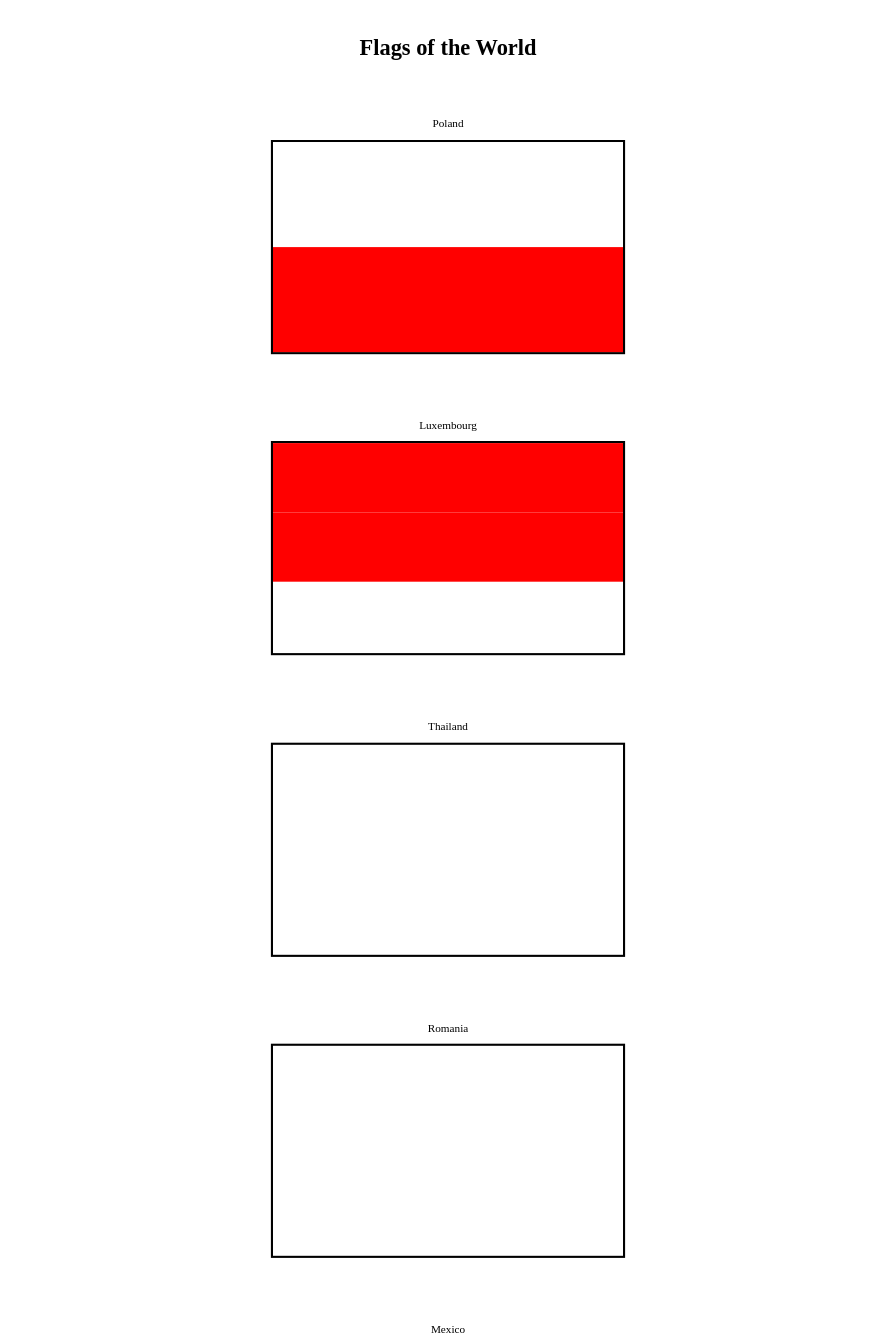
Repository: fullstack-decal-fa22/hw2-jiachenofsun
Page: index.html
These files come from the project's save history. The page is drawn as it stood at one moment and after the next save; the edit follows.
The browser window is 1280 px wide. The pictures show the part of the page from y = 0 to 1920 px (the page is 5389 px tall), at 70% of full size.

Above is the page before, as saved 2022-09-25 15:18:11.

### index.html
<!DOCTYPE html>
<head>
  <head>
    <link rel="stylesheet" href="styles.css">
  </head>

  <h1 id="intro">Flags of the World</h1>

  <br>

  <!--
    Some flags already have some CSS elements added in
    You are expected to finish the rest.
  -->

  <div class="flags">
    <h2 class="label">Poland</h2>
    <div class="flag">
      <div class="white twovert"></div>
      <div class="red twovert"></div>
    </div>

    <h2 class="label">Luxembourg</h2>
    <div class="flag">
      <div class="red threevert"></div>
      <div class="red threevert" id="white"></div>
      <div class="light-blue threevert"></div>
    </div>

    <h2 class="label">Thailand</h2>
    <div class="flag">
      <div class="thailand-red"></div>
      <div class="thailand-white"></div>
      <div class="thailand-blue"></div>
      <div class="thailand-white"></div>
      <div class="thailand-red"></div>
    </div>

    <h2 class="label">Romania</h2>
    <div class="flag" style="">
      <!-- insert flag here -->
    </div>

    <h2 class="label">Mexico</h2>
    <div class="flag">
      <!-- insert flag here -->
    </div>

    <h2>Margin</h2>
    <div class="margin-container">
      <div class="flag"></div>
      <div class="flag"></div>
    </div>

    <h2>Padding</h2>
    <div class="flag black">
      <div class="flag padding-container"></div>
    </div>

    <h3>Challenge (These are optional)</h3>

    <h2>Greece</h2>
    <div class="flag">
      <!-- insert flag here -->
    </div>

    <h2>South Africa</h2>
    <div class="flag">
      <!-- insert flag here -->
    </div>

    <h2>Seychelis</h2>
    <div class="flag">
      <!-- insert flag here -->
    </div>

    <h2>North Macedonia</h2>
    <div class="flag">
      <!-- insert flag here -->
    </div>

    <h2>Finland</h2>
    <div class="flag">
      <!-- insert flag here -->
    </div>
  </div>

### styles.css
/* BEGIN SETUP (you will not need to use these) */
#intro {
  color: rgb(0, 0, 0);
  text-align: center;
  margin: 50px;
}

.flags {
  display: flex;
  flex-direction: column;
  align-items: center;
}

h2 {
  font-size: medium;
  font-weight: 200;
}

/* END SETUP */

/* Classes that you might find useful */
/* You may also have to implement your own classes */

.flag {
  height: 300px;
  width: 500px;
  border-style: solid;
  margin-bottom: 5rem;
}

.twovert {
  height: 50%;
}

.threevert {
  height: 33%;
}

.threehoriz {
  width: 33.3%;
}

.narrow {
  height: 17.5%;
}

.wide {
  height: 30%;
}

.circle {
  border-radius: 50%;
  height: 200px;
  width: 200px;
  position: relative;
  left: 85px;
  top: 50px;
}

/* Colors */

/* QUESTION 1 */

.orange {
  background-color: orange;
}

.yellow {
  background-color: yellow;
}

.green {
  background-color: green;
}

.blue {
  background-color: blue;
}

.lightblue {
  background-color: lightblue;
}

.purple {
  background-color: purple;
}

.white {
  background-color: #fff;
}

.black {
  background-color: #000;
}

.white {
  background-color: white;
}

.red {
  background-color: red;
}

/* BEGIN QUESTION 2 */

.thailand-red {
  /* TODO */
}

.thailand-white {
  /* TODO */
}

.thailand-blue {
  /* TODO */
}

/* END QUESTION 2 */

/* BEGIN QUESTION 3 */

.romania-blue {
  background-color: #002c84;
}

.romania-yellow {
  background-color: #ffcf00;
}

.romania-red {
  background-color: #e10017;
}

/* END QUESTION 3 */

/* QUESTION 4 */
.mexico-green {
  background-color: #006341;
}

.mexico-img {
  /* TODO */
}

.mexico-red {
  background-color: #ce1126;
}

/* QUESTION 6 */
.margin-container {
  height: 300px;
  width: 1030px;
  border-style: solid;
  margin-bottom: 5rem;
  display: flex;
  justify-content: center;
}

/* For margin practice */
.flag1 {
  background-color: red;
  /* TODO */
}

.flag2 {
  background-color: blue;
  /* TODO */
}

/* For padding practice */
.padding-container {
  box-sizing: border-box;
  background-color: lightblue;
  background-clip: content-box, padding-box;
  /* TODO */
}

After the next save:
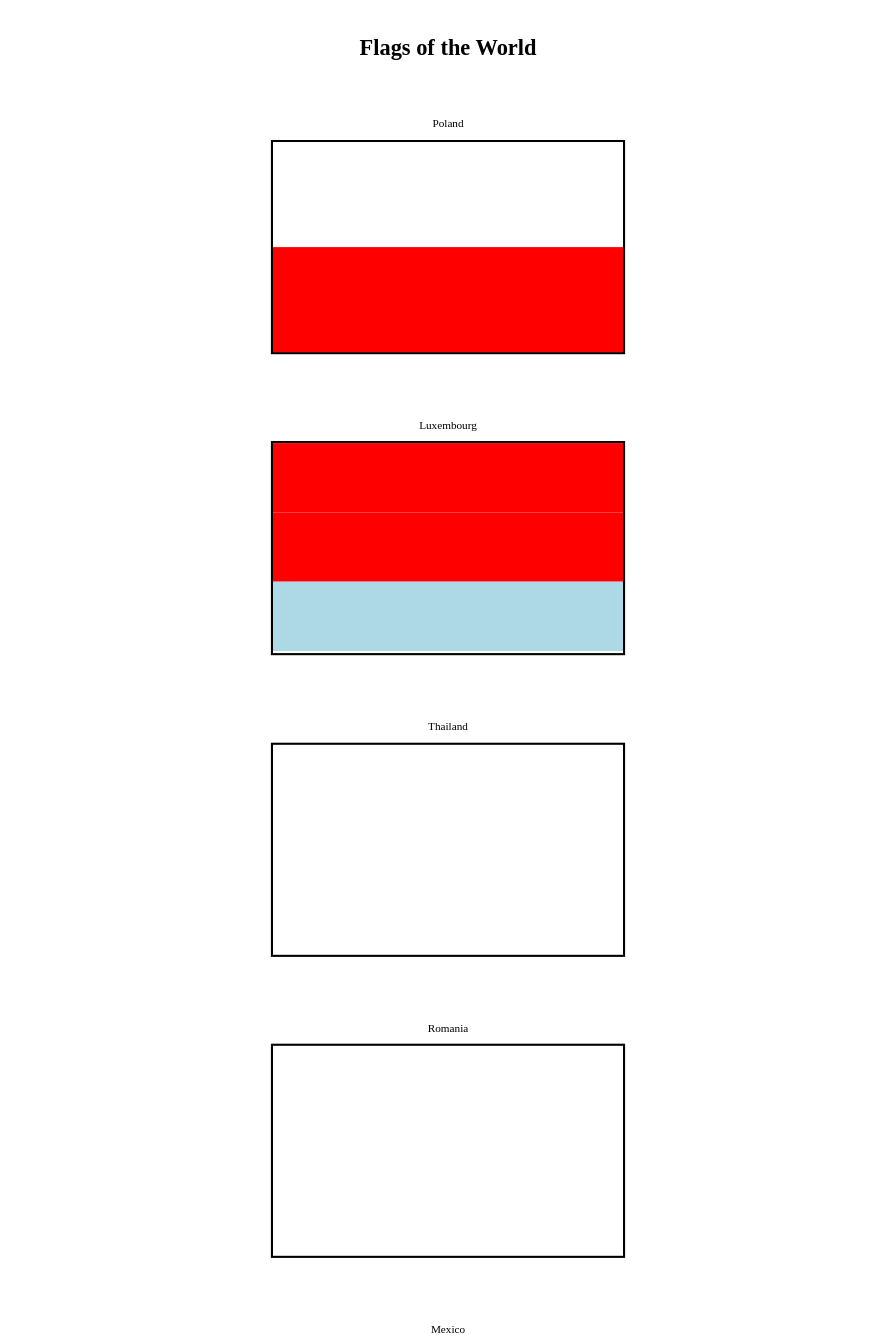
Saved 47 s later.
--- a/styles.css
+++ b/styles.css
@@ -77,7 +77,7 @@
   background-color: blue;
 }
 
-.lightblue {
+.light-blue {
   background-color: lightblue;
 }
 
